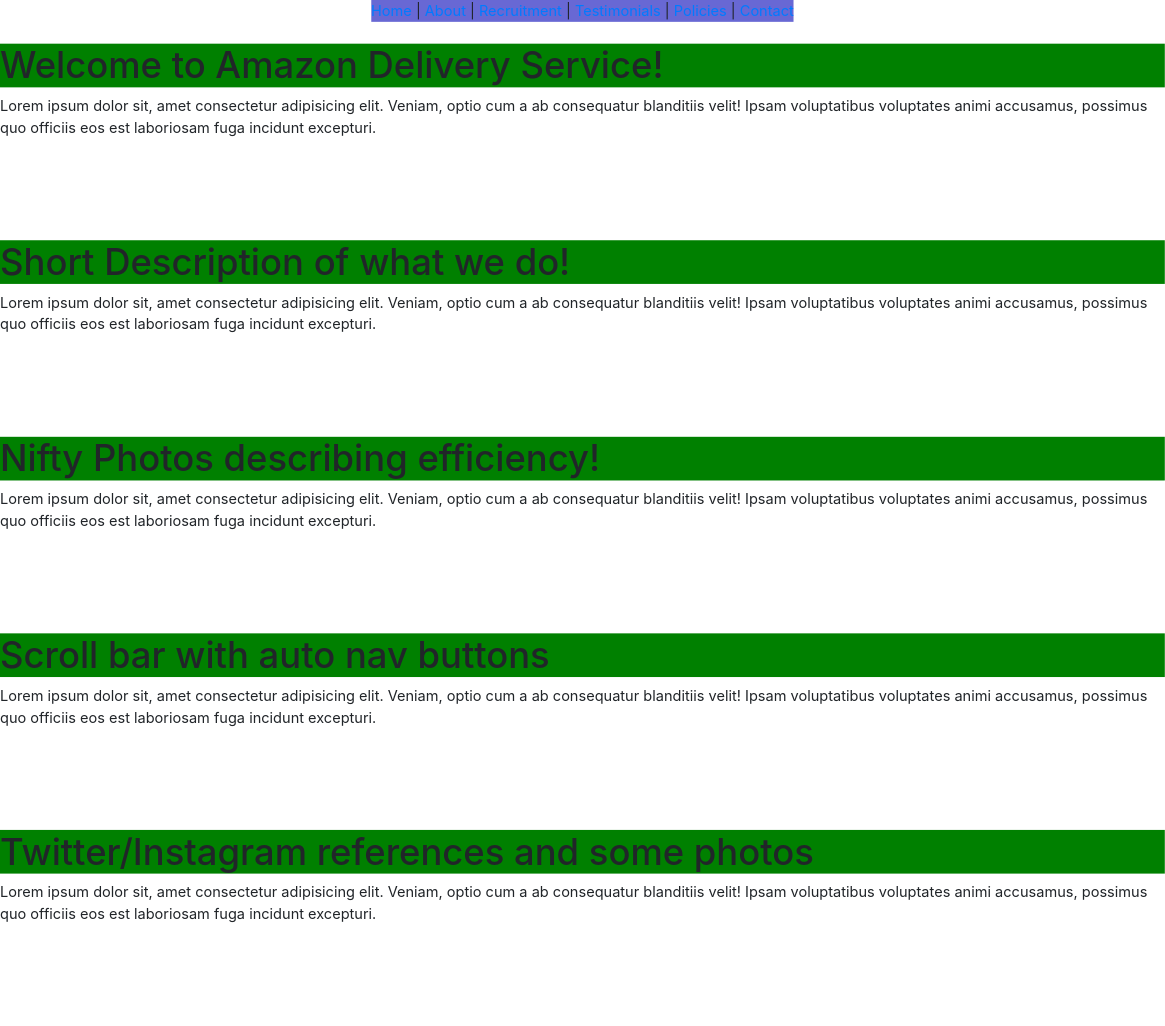
Repository: cerebrium/website
Page: /
An editor plug-in stored every save of this project. The page is shown before and after the next save, followed by the edit.
The browser window is 1280 px wide. The pictures show the whole page, at 91% of full size.
The project was rebuilt for these pictures with package versions that can differ from the ones it lists, and the page was loaded fresh each time. Also part of the build but not shown: src/Routes/About.jsx, src/Routes/Recruitment.jsx, src/Routes/Testimonials.jsx, src/Routes/Policies.jsx, src/Routes/Contact.jsx.

Above is the page before, as saved 2019-11-02 12:19:13.

After the next save:
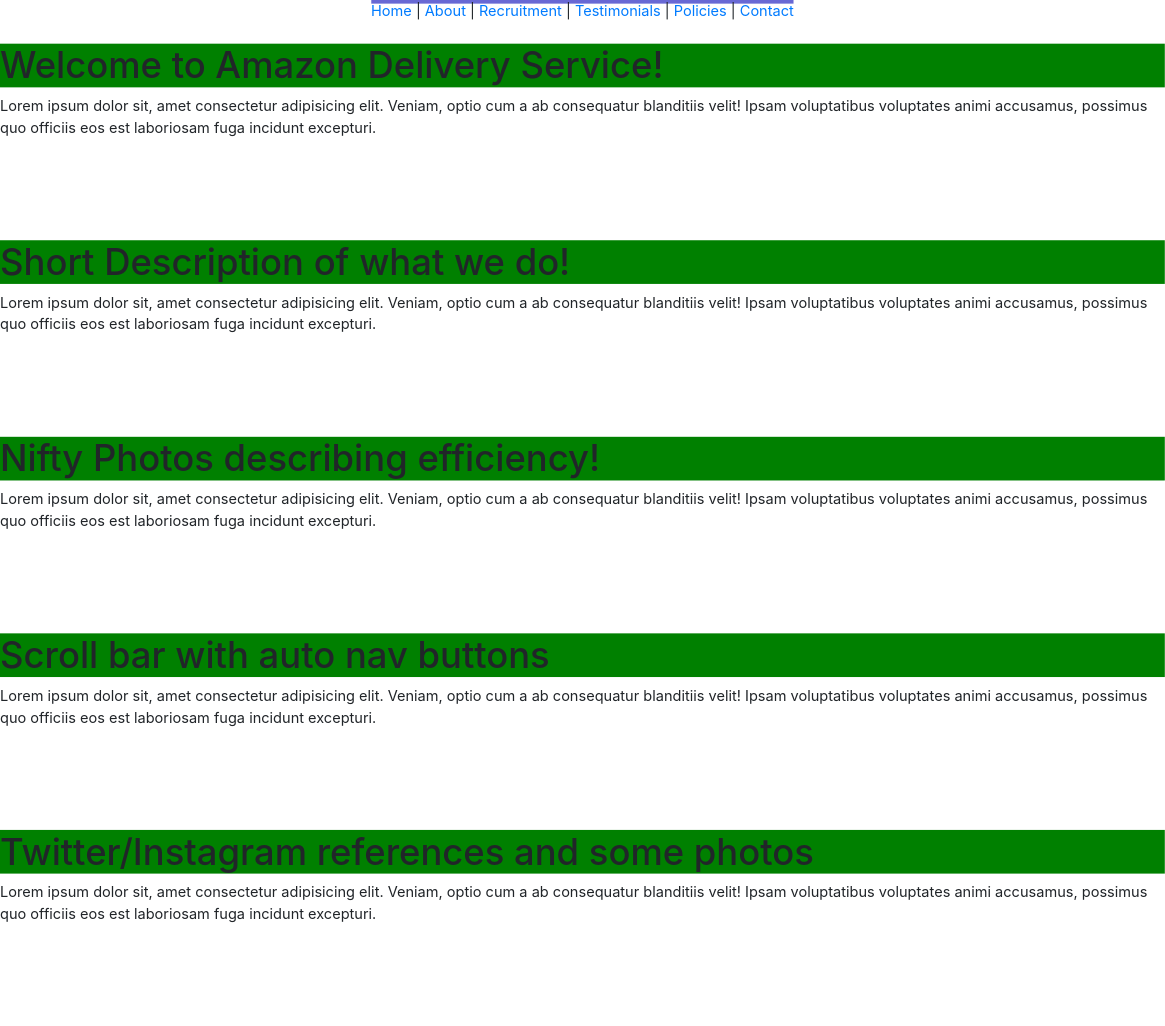
Saved 19 s later.
--- a/src/styles/App.css
+++ b/src/styles/App.css
@@ -14,6 +14,7 @@
   justify-content: center;
   position: fixed; /* Make it stick, even on scroll */
   width: 100%;
+  height: 7%;
   /* margin: 0;
   padding: 0; */
 }

After the save that followed:
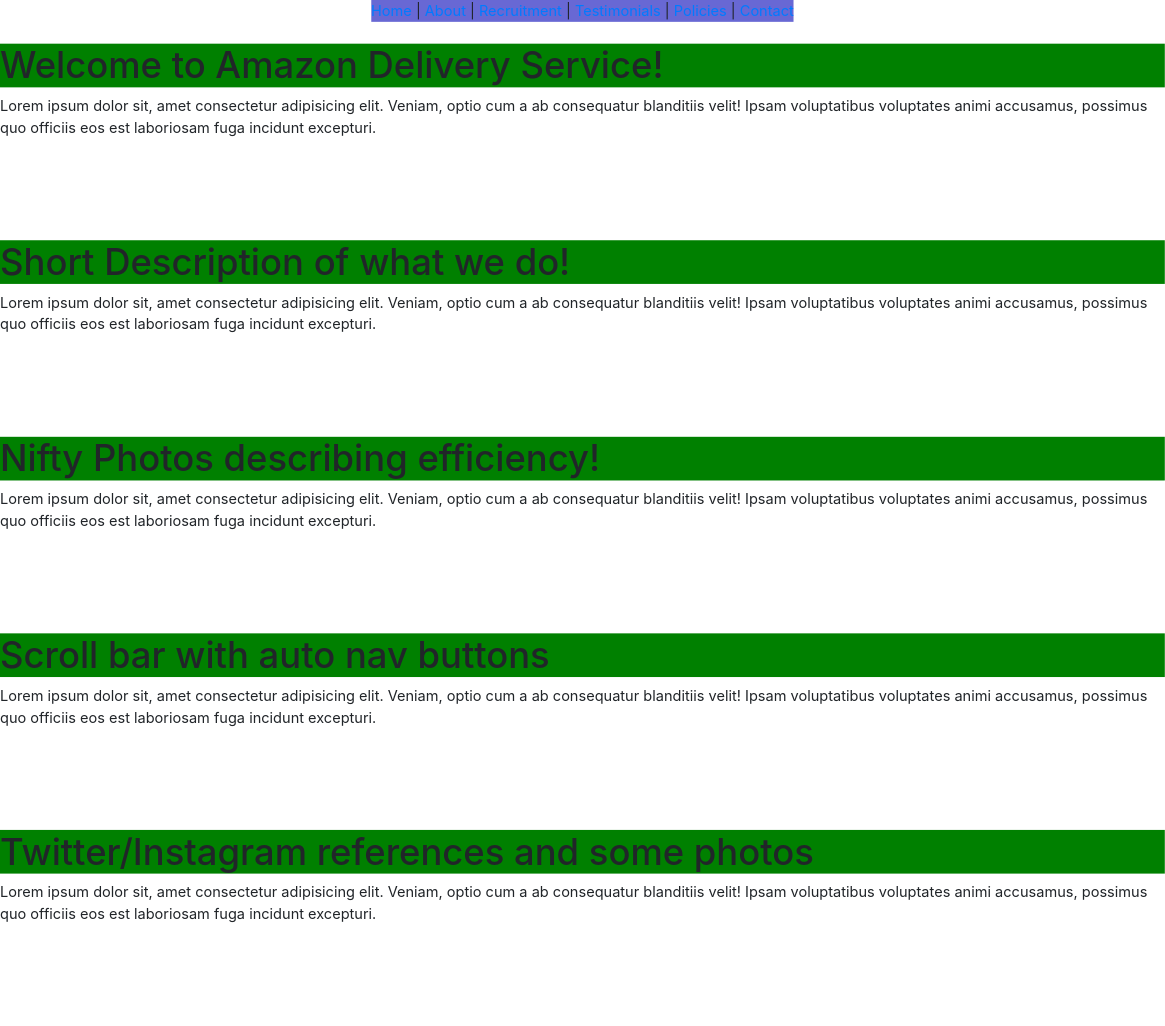
Saved 5 s later.
--- a/src/styles/App.css
+++ b/src/styles/App.css
@@ -14,7 +14,6 @@
   justify-content: center;
   position: fixed; /* Make it stick, even on scroll */
   width: 100%;
-  height: 7%;
   /* margin: 0;
   padding: 0; */
 }
